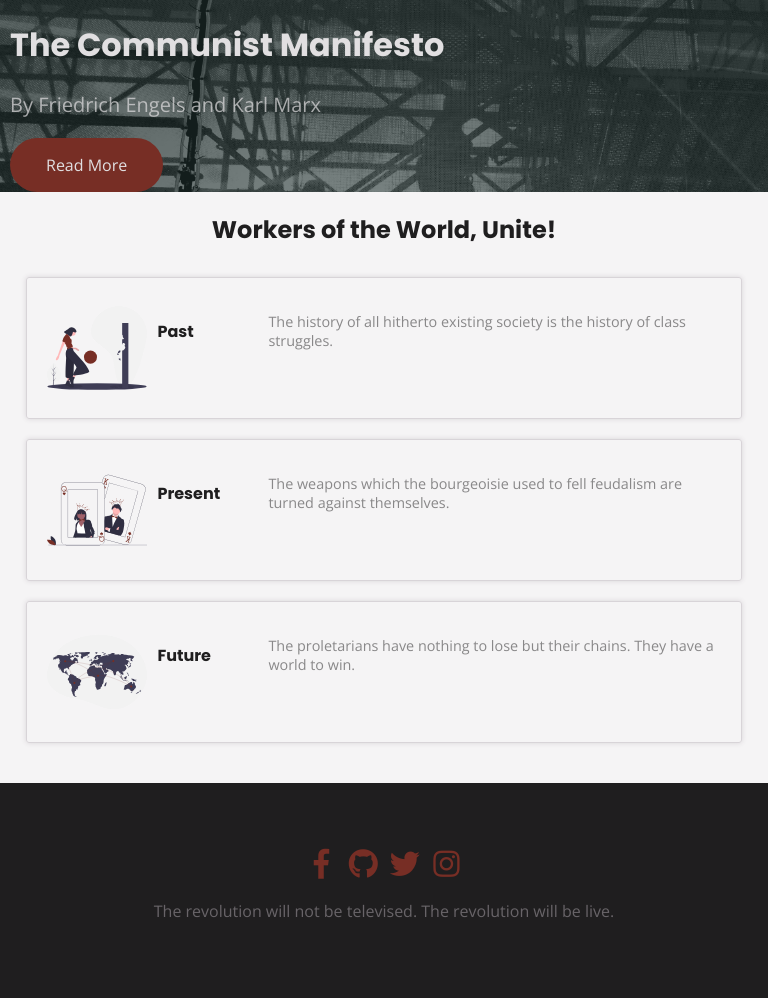
Repository: eaang/landing
Page: index.html
The author's editor kept a copy of each file at every save. The page is drawn from the files as they stood at one save, then again after the next save.
The browser window is 768 px wide. The pictures show the whole page.
Some web libraries are served in a nearby version.

Above is the page before, as saved 2020-06-10 17:13:34.

After the next save:
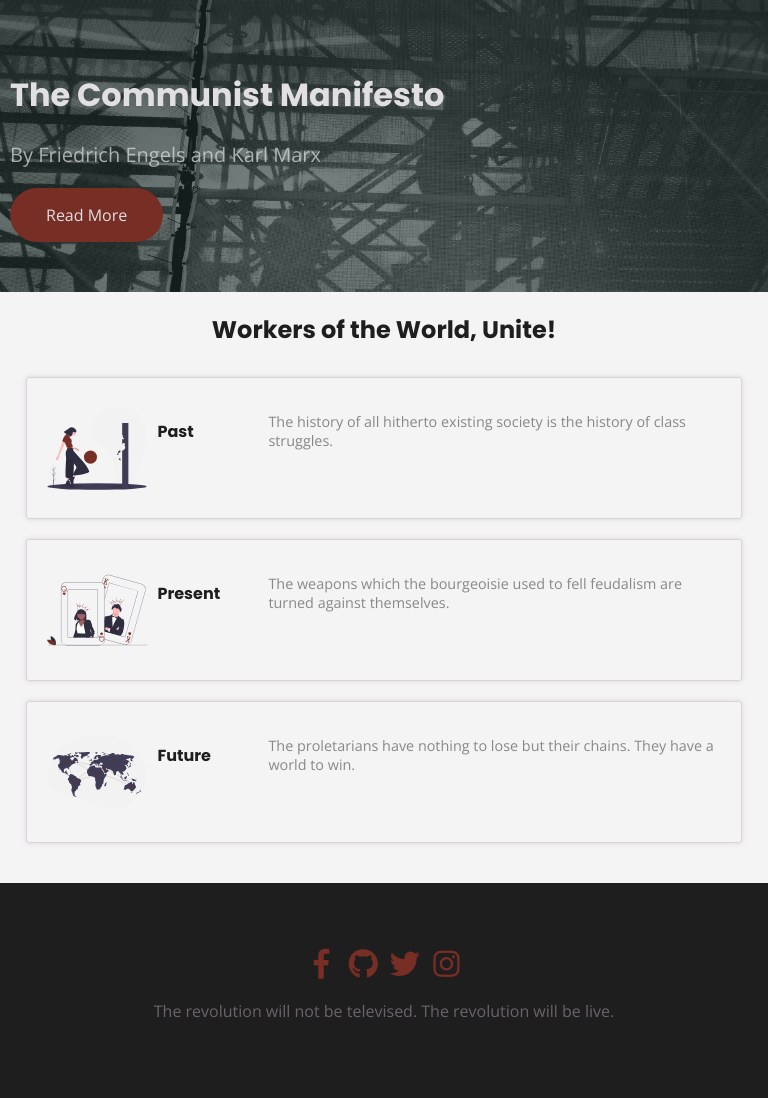
Saved 63 s later.
--- a/css/style.css
+++ b/css/style.css
@@ -121,7 +121,7 @@ a {
 
 @media only screen and (max-width: 1000px) {
   .banner {
-    padding: 0px 10px 0px 10px;
+    padding: 50px 10px 50px 10px;
   }
   .cards {
     padding: 0px 10px 0px 10px;
